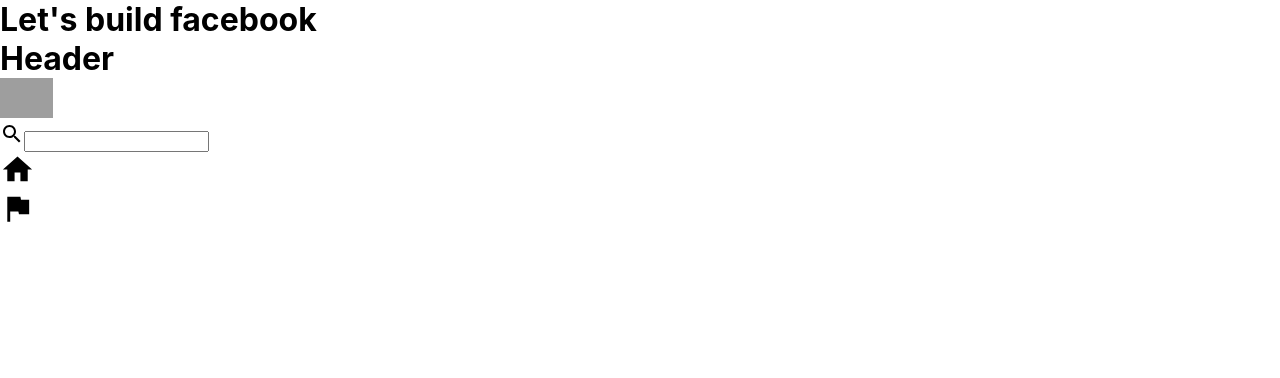
Repository: exiled-kal/FaceBook
Page: /
These files come from the project's save history. The page is drawn as it stood at one moment and after the next save; the edit follows.
The browser window is 1280 px wide. The pictures show the whole page.
Pictures or frames that could not be fetched are drawn as grey boxes. The project was rebuilt for these pictures with package versions that can differ from the ones it lists, and the page was loaded fresh each time. Also part of the build but not shown: src/App.css.

Above is the page before, as saved 2020-08-29 21:37:13.

### src/App.js
import React from 'react';
import './App.css';
import Header from './Header';

function App() {
  return (
    <div className="app">
      <h1>Let's build facebook</h1>

      {/* Header */}
      <Header />
      {/* App Body */}
      {/* SideBar */}
      {/* Feed */}
      {/* Widget */}
    </div>
  );
}

export default App;

### src/Header.js
import React from 'react';
import './Header.css';
import SearchIcon from '@material-ui/icons/Search';
import HomeIcon from '@material-ui/icons/Home';
import FlagIcon from '@material-ui/icons/Flag';
import SubscriptionOutlinedIcon from '@material-ui/icons/SubscriptionsOutlined';
import StorefrontOutlinedIcon from '@material-ui/icons/StorefrontOutlined';
import SupervisedUserCircleIcon from '@material-ui/icons/SupervisedUserCircle';

function Header() {
  return (
    <div className="header">
      <h1>Header</h1>
      <div className="header__left">
        <img
          src="https://facebookbrand.com/wp-content/uploads/2019/04/f_logo_RGB-Hex-Blue_512.png?w=512&h=512"
          alt=""
        />
        <div className="header__input">
          <SearchIcon />
          <input type="text" />
        </div>
      </div>

      <div className="header__middle">
        <div className="header__option">
          <HomeIcon fontSize="large" />
        </div>
        <div className="header__option">
          <FlagIcon fontSize="large" />
        </div>
      </div>

      <div className="header__right"></div>
    </div>
  );
}

export default Header;

### src/Header.css
.header__left > img {
  height: 40px;

}

Loaded but not shown: public/index.html (common file); src/index.js (common file); src/index.css (common file); src/serviceWorker.js (common file)

After the next save:
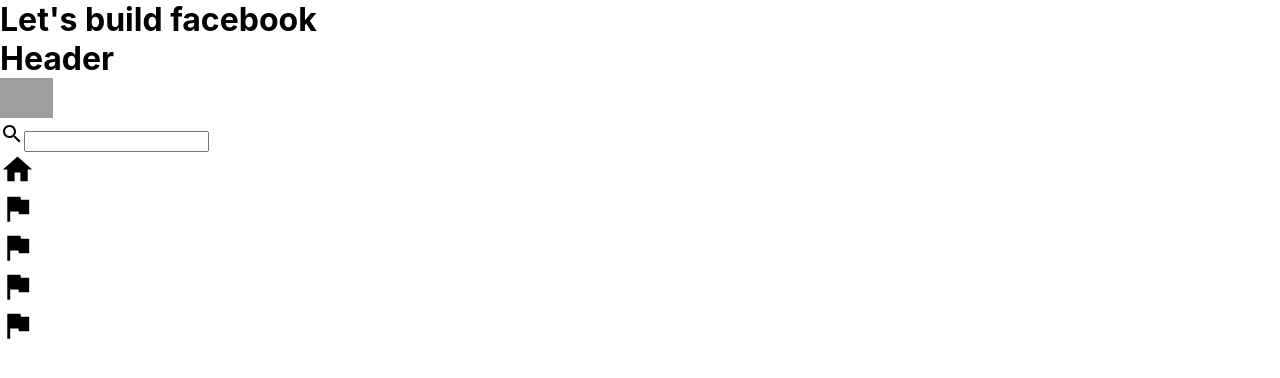
Saved 29 s later.
--- a/src/Header.js
+++ b/src/Header.js
@@ -29,6 +29,15 @@
         <div className="header__option">
           <FlagIcon fontSize="large" />
         </div>
+        <div className="header__option">
+          <FlagIcon fontSize="large" />
+        </div>
+        <div className="header__option">
+          <FlagIcon fontSize="large" />
+        </div>
+        <div className="header__option">
+          <FlagIcon fontSize="large" />
+        </div>
       </div>
 
       <div className="header__right"></div>
